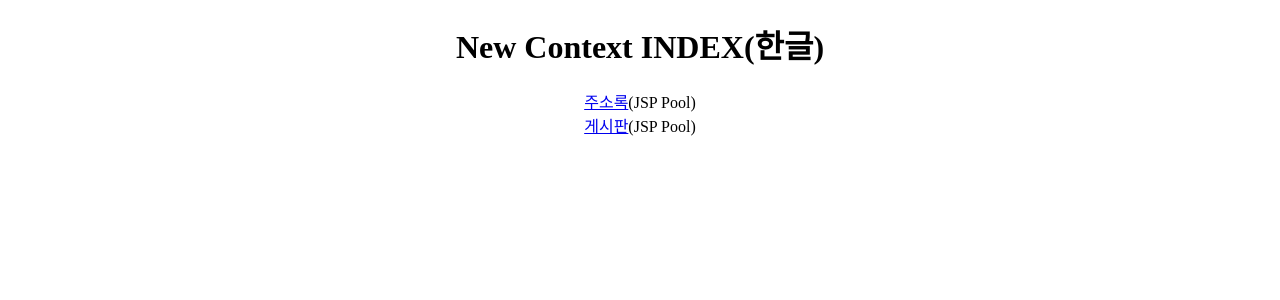
Repository: betweenhj702/Web-App-Server-Practices
Page: http://localhost/HelloPj/
These files come from the project's save history. The page is drawn as it stood at one moment and after the next save; the edit follows.
The browser window is 1280 px wide. The pictures show the whole page.
The page is served by Tomcat 9.

Above is the page before, as saved 2020-12-29 04:06:29.

After the next save:
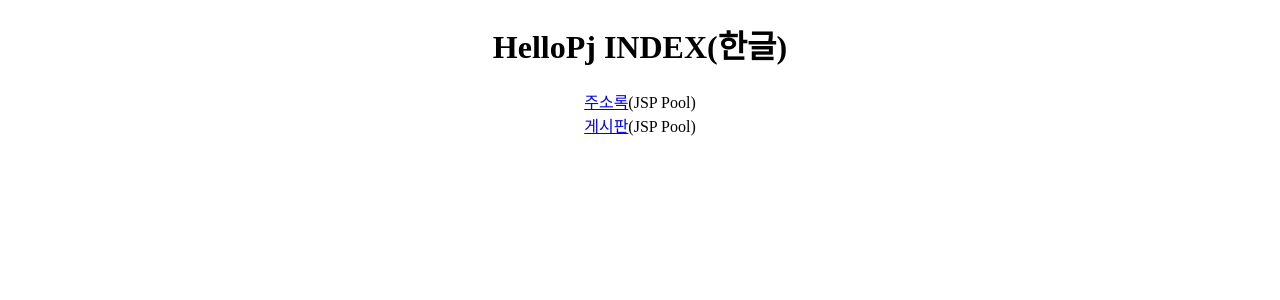
Saved 3 min 59 s later.
--- a/workspace/HelloPj/WebContent/index.jsp
+++ b/workspace/HelloPj/WebContent/index.jsp
@@ -8,7 +8,7 @@
 </head>
 <body>
 	<div style="text-align:center">
-		   <h1>New Context INDEX(한글)</h1>
+		   <h1>HelloPj INDEX(한글)</h1>
 		   <p>
 		   	<a href="addr_jsp_pool/list.jsp">주소록</a>(JSP Pool)<br/>
 		   	<a href="sm_jsp_pool/list.jsp">게시판</a>(JSP Pool)<br/>
